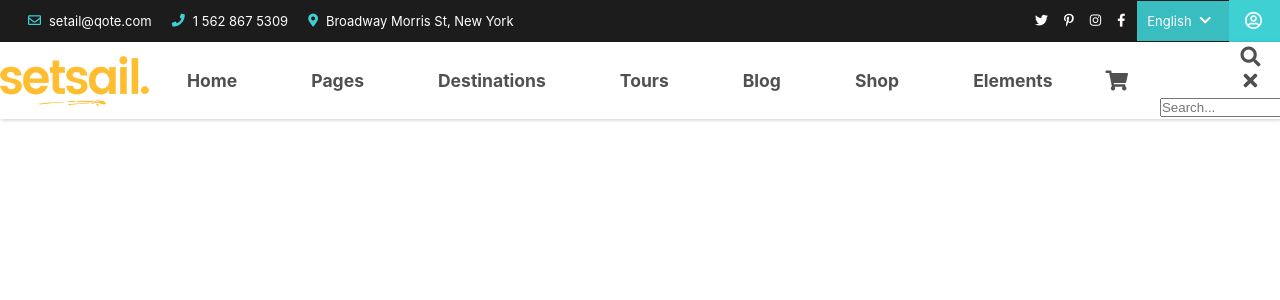
Repository: Hunga9k50doker/Setail
Page: /
An editor plug-in stored every save of this project. The page is shown before and after a run of saves, followed by the edit.
The browser window is 1280 px wide. The pictures show the whole page.
The project was rebuilt for these pictures with package versions that can differ from the ones it lists, and the page was loaded fresh each time.

Above is the page before, as saved 2021-10-21 12:26:21.

After the next 3 saves:
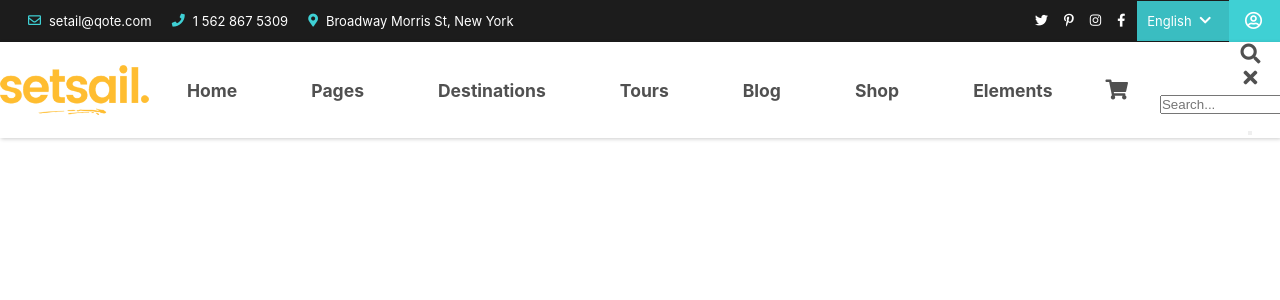
The 3 saves are shown as one change because 1 did not build or start and some came seconds apart.
The last was saved 17 s later.
--- a/src/components/Navigation/Nav.js
+++ b/src/components/Navigation/Nav.js
@@ -193,7 +193,7 @@ const Nav = () => {
             <i class="fas fa-times"></i>
             <form className="form-search" >
             <input type="text" className="search-input" placeholder="Search..." />
-
+              <button className="btn-search" ></button>
             </form>
           </div>
         </li>
